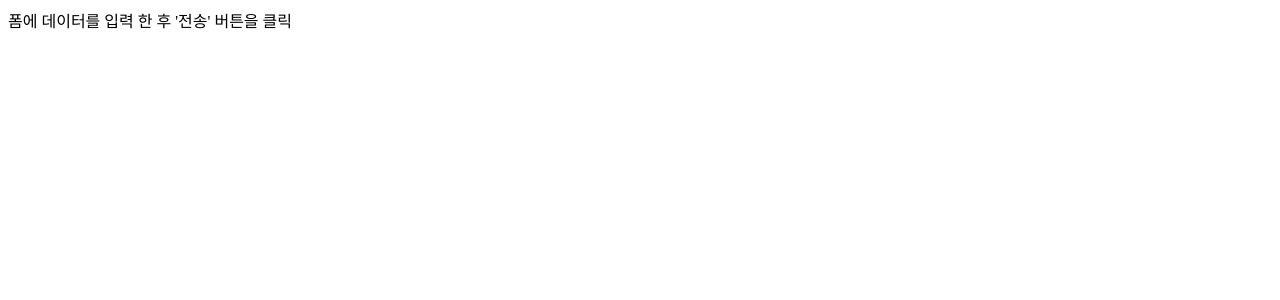
Repository: noopzzya/study_jsp_globalin
Page: http://localhost/ServletProject/implicit/reqEx2.jsp
These files come from the project's save history. The page is drawn as it stood at one moment and after the next save; the edit follows.
The browser window is 1280 px wide. The pictures show the whole page.
The page is served by Tomcat 9. Other server files are loaded and not shown.

Above is the page before, as saved 2023-01-31 05:57:13.

### ServletProject/src/main/webapp/implicit/reqEx2.jsp
<%@ page language="java" contentType="text/html; charset=UTF-8"
    pageEncoding="UTF-8"%>
<!DOCTYPE html>
<html>
<head>
<meta charset="UTF-8">
<title></title>
</head>
<body>
폼에 데이터를 입력 한 후 '전송' 버튼을 클릭
<form action="viewParameter.jsp" method="post"></form>
</body>
</html>

After the next save:
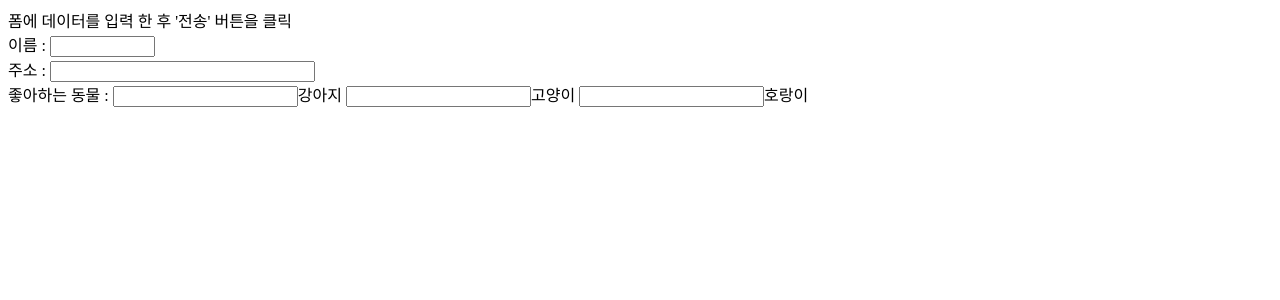
Saved 2 min 25 s later.
--- a/ServletProject/src/main/webapp/implicit/reqEx2.jsp
+++ b/ServletProject/src/main/webapp/implicit/reqEx2.jsp
@@ -9,5 +9,11 @@
 <body>
 폼에 데이터를 입력 한 후 '전송' 버튼을 클릭
 <form action="viewParameter.jsp" method="post"></form>
+이름 : <input type="text" name="name" size="10"><br>
+주소 : <input type="text" name="address" size="30"><br>
+좋아하는 동물 :
+	<input>강아지
+	<input>고양이
+	<input>호랑이
 </body>
 </html>
